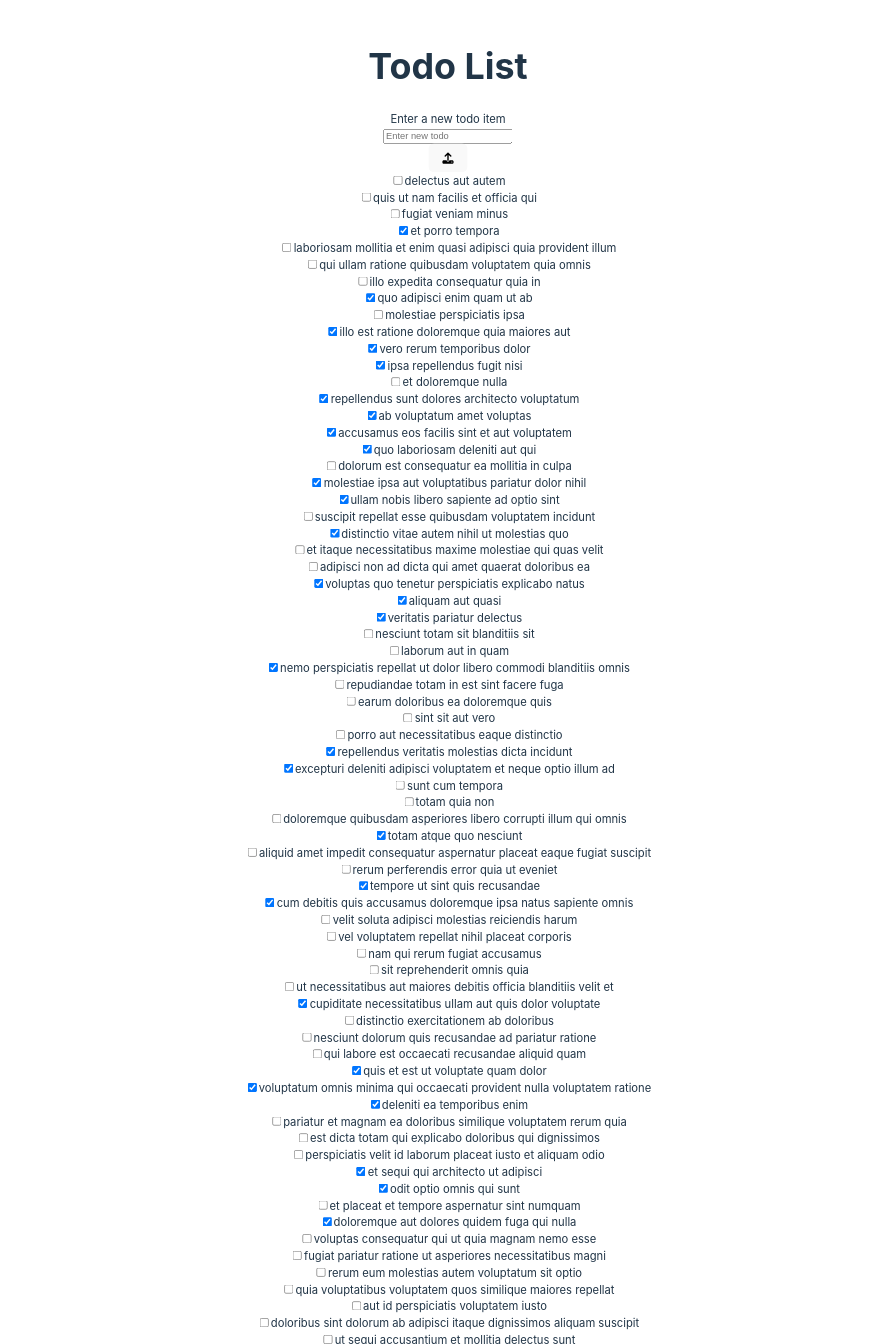
Repository: sinchana-P/rtk-query-todo
Page: /
An editor plug-in stored every save of this project. The page is shown before and after a run of saves, followed by the edit.
The browser window is 1280 px wide. The pictures show the part of the page from y = 0 to 1920 px (the page is 5078 px tall before and 13316 px after), at 70% of full size.
The project was rebuilt for these pictures with package versions that can differ from the ones it lists, and the page was loaded fresh each time. Requests to the local data server were answered from the project's data file. Also part of the build but not shown: vite.config.js.

Above is the page before, as saved 2023-11-29 07:53:15.

### src/main.jsx
import React from 'react'
import ReactDOM from 'react-dom/client'
import App from './App.jsx'
import './index.css'

import { ApiProvider } from '@reduxjs/toolkit/query/react'
import { apiSlice } from './features/api/apiSlice'

ReactDOM.createRoot(document.getElementById('root')).render(
  <React.StrictMode>
    <ApiProvider api={apiSlice}>
      <App />
    </ApiProvider>
  </React.StrictMode>,
)

// Note:
// React v18 index (main) changes

### src/App.jsx
import TodoList from './features/todos/TodoList'
import './App.css'

function App() {

  return (
    <TodoList />
  )
}

export default App

### src/features/api/apiSlice.js
import { createApi, fetchBaseQuery } from '@reduxjs/toolkit/query/react'

export const apiSlice = createApi({
    reducerPath: 'api',         // default
    baseQuery: fetchBaseQuery({ baseUrl: 'http://localhost:3500' }),
    endpoints: (builder) => ({
        getTodos: builder.query({
            query: () => '/todos',        // anonymous function // '/todos' will be attached to the baseUrl
        }),
        addTodo: builder.mutation({
            query: (todo) => ({         // "todo" is specified, coz it needs a new todo.
                url: '/todos',
                method: 'POST',
                body: todo
            })
        }),
        updateTodo: builder.mutation({
            query: (todo) => ({
                url: `/todos/${todo.id}`,
                method: 'PATCH',        // to update part of the record
                body: todo
            })
        }),
        deleteTodo: builder.mutation({
            query: ({ id }) => ({    // "({ id })": destructuring from todo
                url: `/todos/${id}`,
                method: 'DELETE',        // to update part of the record
                body: id
            })
        })

    })

})


export const {
    useGetTodosQuery,
    useAddTodoMutation,
    useUpdateTodoMutation,
    useDeleteTodoMutation
} = apiSlice

// Here we r using, json server with our local dev environment.
// So: baseUrl: 'http://localhost:3500'

// Feature on RTK-Query:
// It creates "custom hooks" based on the methods that we provide.

### src/features/todos/TodoList.jsx
//  --- add imports ---
import {
    useGetTodosQuery,
    useAddTodoMutation,
    useUpdateTodoMutation,
    useDeleteTodoMutation
} from '../api/apiSlice'
//  --- add imports ---

import { FontAwesomeIcon } from '@fortawesome/react-fontawesome'
import { faTrash, faUpload } from '@fortawesome/free-solid-svg-icons'
import { useState } from 'react'

const TodoList = () => {

    const [newTodo, setNewTodo] = useState('');

    // --- start ---- destructuring content from "useGetTodosQuery"
    const {
        data: todos,
        isLoading,
        isSuccess,
        isError,
        error
    } = useGetTodosQuery()
    // -- end ---- destructuring content from "useGetTodosQuery"

    console.log(useGetTodosQuery());
    // o/p:
    // data: Array(200)
    // endpointName:  "getTodos"
    // fulfilledTimeStamp: 1701222421416
    // isError: false
    // isFetching: false
    // isLoading: false
    // isSuccess: true
    // isUninitialized: false
    // console.log(useGetTodosQuery.data);

    // we r getting only the functions from these hooks:
    const [addTodo] = useAddTodoMutation()
    const [updateTodo] = useUpdateTodoMutation()
    const [deleteTodo] = useDeleteTodoMutation()


    const handleSubmit = (e) => {
        e.preventDefault();
        // -- start -- addTodo
        addTodo({ userId: 1, title: newTodo, completed: false })
        // -- end -- addTodo
        setNewTodo('')
    }

    const newItemSection =
        <form onSubmit={handleSubmit}>
            <label htmlFor='new-todo'>Enter a new todo item</label>
            <div className='new-todo'>
                <input
                    type='text'
                    id='new-todo'
                    value={newTodo}
                    onChange={(e) => setNewTodo(e.target.value)}
                    placeholder='Enter new todo'
                />
            </div>
            <button className='submit'>
                <FontAwesomeIcon icon={faUpload} />
            </button>
        </form>

    let content;
    // --- Define conditional content ---
    if (isLoading) {
        content = <p>Loading...</p>
    } else if (isSuccess) {
        // content = JSON.stringify(todos)
        content = todos.map(todo => {
            return (
                <article key={todo.id}>
                    <div className='todo'>
                        <input
                            type='checkbox'
                            checked={todo.completed}
                            id={todo.id}
                            onChange={() => updateTodo({ ...todo, completed: !todo.completed })}
                        />
                        <label htmlFor={todo.title}>{ todo.title }</label>
                    </div>
                </article>
            )
        })
    } else if (isError) {
        content = <p>{ error }</p>
    }
    // --- Define conditional content ---

  return (
    <main>
          <h1>Todo List</h1>
          {newItemSection}
          {content}
    </main>
  )
}

export default TodoList

Loaded but not shown: index.html (common file); src/index.css (common file); src/App.css (common file); data/db.json (1204 lines, source omitted)

After the next 6 saves:
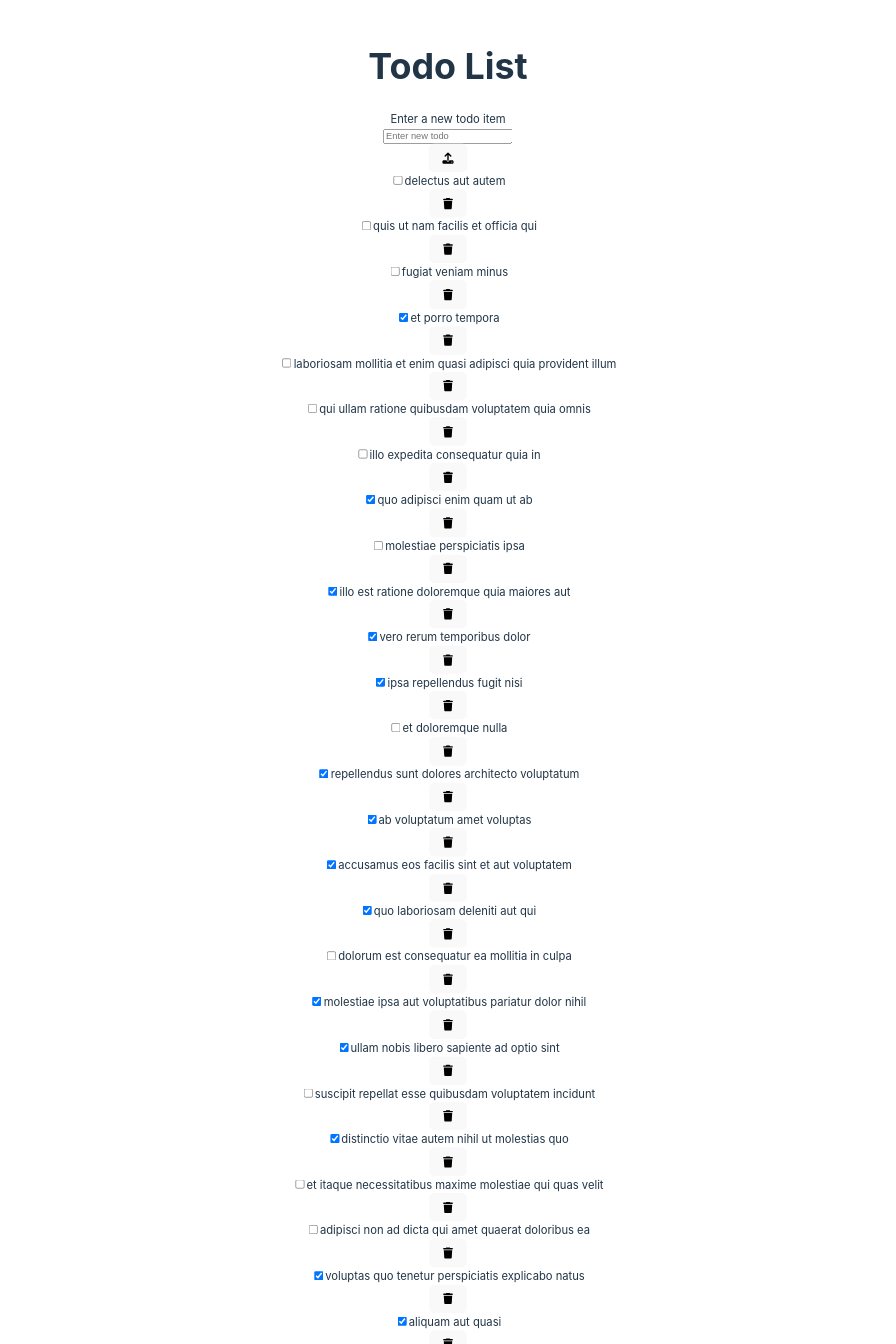
The 6 saves are shown as one change because 1 did not build or start and some came seconds apart.
The last was saved 8 min 27 s later.
--- a/src/features/todos/TodoList.jsx
+++ b/src/features/todos/TodoList.jsx
@@ -86,6 +86,9 @@ const TodoList = () => {
                         />
                         <label htmlFor={todo.title}>{ todo.title }</label>
                     </div>
+                    <button>
+                        <FontAwesomeIcon icon={faTrash} />
+                    </button>
                 </article>
             )
         })
